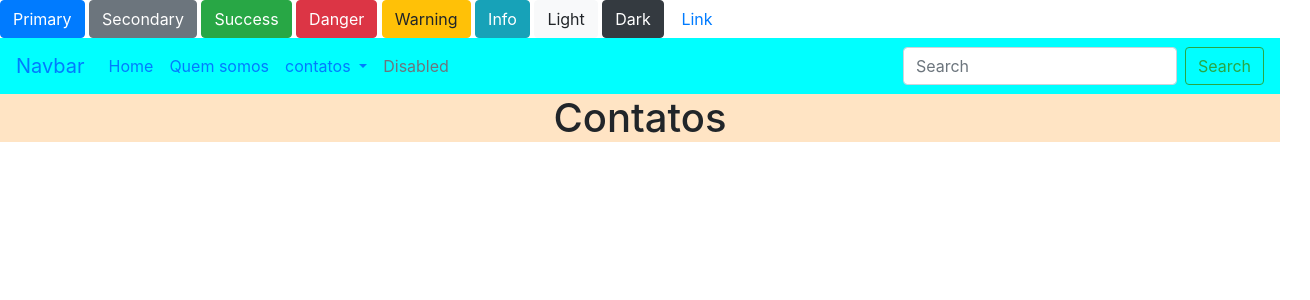
Repository: DaniloBaracho/bootstrap
Page: index.html
The author's editor kept a copy of each file at every save. The page is drawn from the files as they stood at one save, then again after the next save.
The browser window is 1280 px wide. The page is 1280 px wide, then 1310 px, so the pictures cover 1310 px, including what lies to the right of the window. The pictures show the whole page.

Above is the page before, as saved 2020-05-31 17:16:18.

### index.html
<!DOCTYPE html>
<html lang="pt-br">
    <head>
        <meta charset="utf-8">
        <title>
            Usando bootstrap
        </title>
        <link rel="stylesheet", type="text/css", href="bootstrap/css/bootstrap.min.css">
        <link rel="stylesheet", type="text/css", href="css/style.css">
    </head>
    <body>
        <button type="button" class="btn btn-primary">Primary</button>
        <button type="button" class="btn btn-secondary">Secondary</button>
        <button type="button" class="btn btn-success">Success</button>
        <button type="button" class="btn btn-danger">Danger</button>
        <button type="button" class="btn btn-warning">Warning</button>
        <button type="button" class="btn btn-info">Info</button>
        <button type="button" class="btn btn-light">Light</button>
        <button type="button" class="btn btn-dark">Dark</button>
        <button type="button" class="btn btn-link">Link</button>
        <nav class="navbar navbar-expand-lg">
            <a class="navbar-brand" href="#">Navbar</a>
            <button class="navbar-toggler" type="button" data-toggle="collapse" data-target="#navbarSupportedContent" aria-controls="navbarSupportedContent" aria-expanded="false" aria-label="Toggle navigation">
              <span class="navbar-toggler-icon"></span>
            </button>

            <div class="collapse navbar-collapse" id="navbarSupportedContent">
              <ul class="navbar-nav mr-auto">
                <li class="nav-item active">
                  <a class="nav-link" href="#">Home <span class="sr-only">(current)</span></a>
                </li>
                <li class="nav-item">
                  <a class="nav-link" href="#">Quem somos</a>
                </li>
                <li class="nav-item dropdown">
                  <a class="nav-link dropdown-toggle" href="contatos" id="navbarDropdown" role="button" data-toggle="dropdown" aria-haspopup="true" aria-expanded="false">
                    contatos
                  </a>
                  <div class="dropdown-menu" aria-labelledby="navbarDropdown">
                    <a class="dropdown-item" href="#">Parceiros</a>
                    <a class="dropdown-item" href="#">Serviços</a>
                    <div class="dropdown-divider"></div>
                    <a class="dropdown-item" href="#">Something else here</a>
                  </div>
                </li>
                <li class="nav-item">
                  <a class="nav-link disabled" href="#" tabindex="-1" aria-disabled="true">Disabled</a>
                </li>
              </ul>
              <form class="form-inline my-2 my-lg-0">
                <input class="form-control mr-sm-2" type="search" placeholder="Search" aria-label="Search">
                <button class="btn btn-outline-success my-2 my-sm-0" type="submit">Search</button>
              </form>
            </div>
          </nav>
        <section id="contato">
          <div class="container-fluid contatos text-center">
            <h1>Contatos</h1>
          </div>
        </section>
    </body>
</html>

### css/style.css
.navbar{
    background-color: aqua;
}
.contatos{
    background-color: bisque;
}

Loaded but not shown: bootstrap/css/bootstrap.min.css (library)

After the next save:
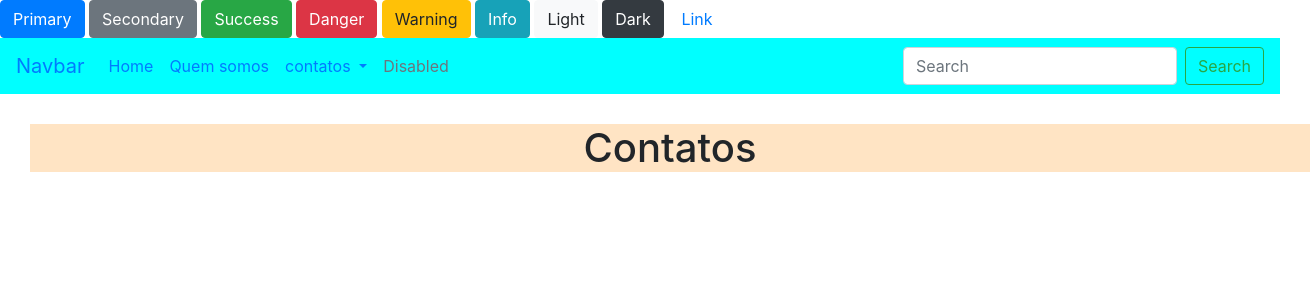
Saved 75 s later.
--- a/index.html
+++ b/index.html
@@ -54,7 +54,7 @@
             </div>
           </nav>
         <section id="contato">
-          <div class="container-fluid contatos text-center">
+          <div class="container-fluid contatos text-center margin">
             <h1>Contatos</h1>
           </div>
         </section>
--- a/css/style.css
+++ b/css/style.css
@@ -4,3 +4,9 @@
 .contatos{
     background-color: bisque;
 }
+.margin{
+    margin-top: 30px;
+    margin-bottom: 30px;
+    margin-left: 30px;
+    margin-right: 30px;
+}
